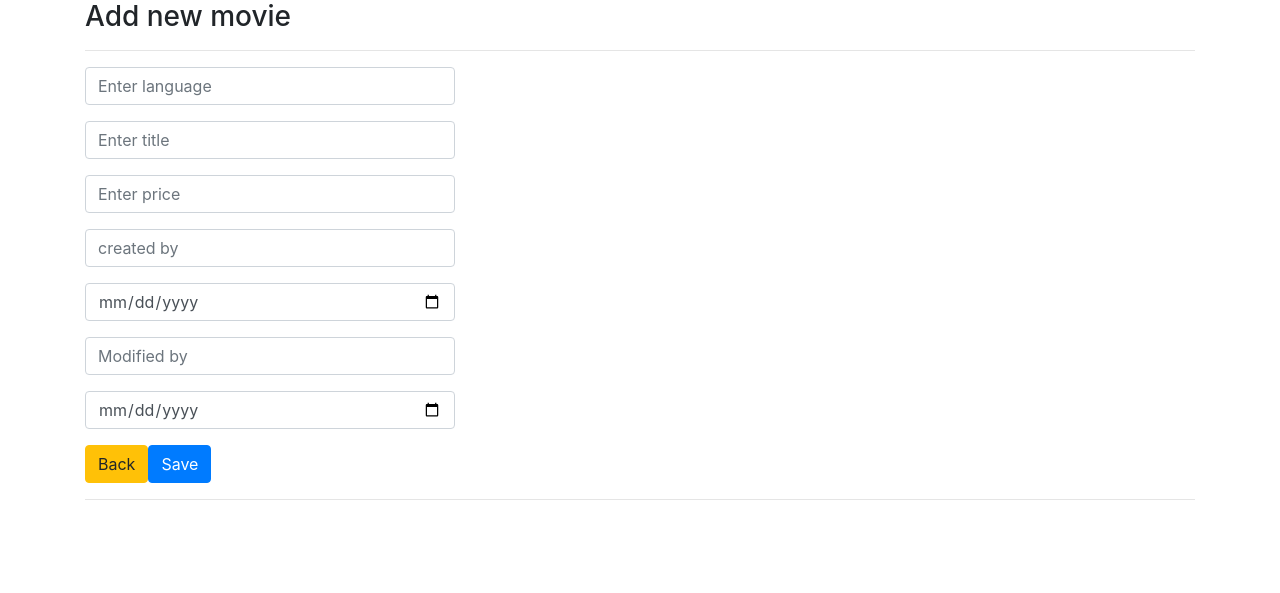
Repository: messimacky/Movie-Rental-System-Front-End
Page: /add-movie
These files come from the project's save history. The page is drawn as it stood at one moment and after the next save; the edit follows.
The browser window is 1280 px wide. The pictures show the whole page.
The project was rebuilt for these pictures with package versions that can differ from the ones it lists, and the page was loaded fresh each time. Also part of the build but not shown: src/components/MoviesList.js, src/components/NotFound.js, src/components/login/Login.js, src/services/customer.service.js, src/components/AddCustomer.js, src/components/CustomerList.js, src/services/rental.service.js, src/components/RentalsList.js and 5 more.

Above is the page before, as saved 2022-05-13 15:33:05.

After the next save:
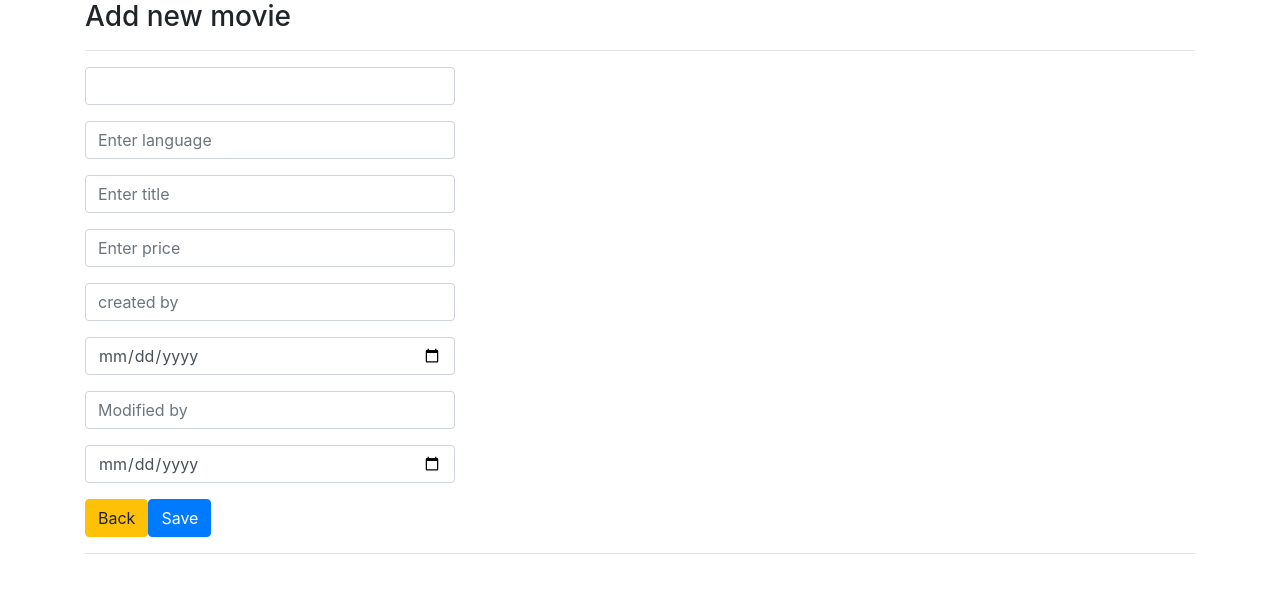
Saved 2 min 5 s later.
--- a/src/components/AddMovie.js
+++ b/src/components/AddMovie.js
@@ -74,6 +74,17 @@ const AddMovie = () => {
             <h3>Add new movie</h3>
             <hr />
             <form>
+                <div className="form-group">
+                    <input
+                        type="number"
+                        className="form-control col-4"
+                        id="movieId"
+                        value={movieId}
+                        onChange={(e) => setMovieId(e.target.value)}
+
+                    />
+                </div>
+
                 <div className="form-group">
                     <input
                         type="text"
